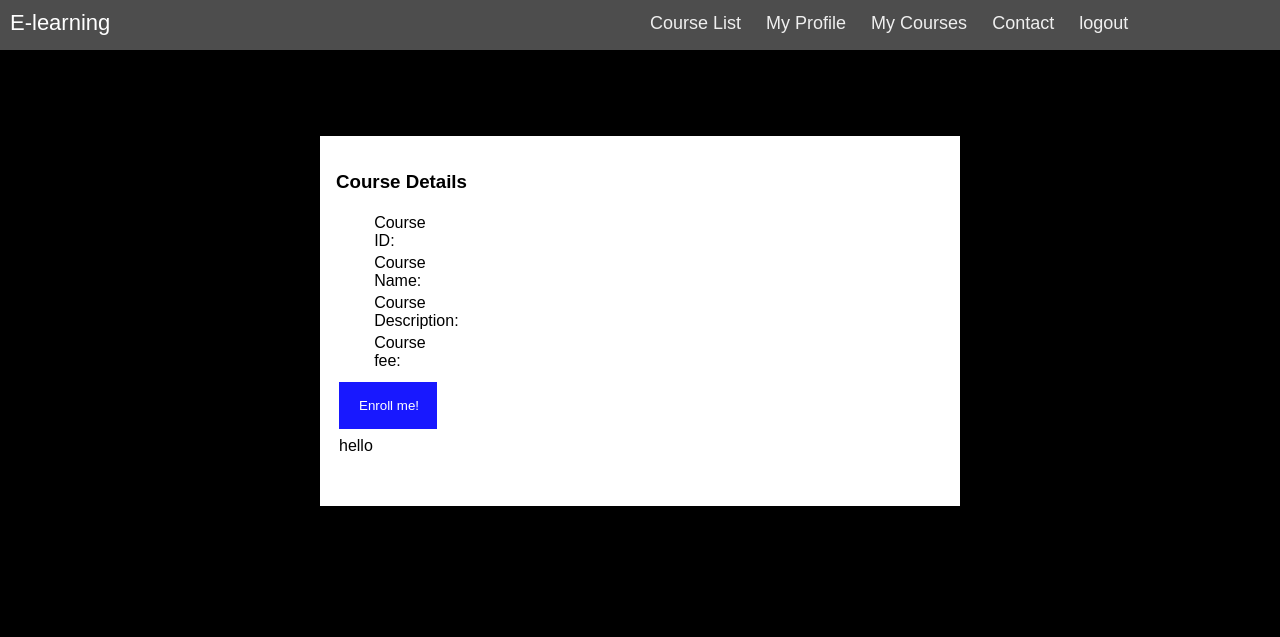
Repository: hemanthchallacs/learning_spring_boot
Page: http://localhost/courseDetails
These files come from the project's save history. The page is drawn as it stood at one moment and after the next save; the edit follows.
The browser window is 1280 px wide. The pictures show the whole page.
The page is this project's Thymeleaf template; nobody is signed in. The template is opened directly, without the code that normally fills it, so the values that code supplies are empty.

Above is the page before, as saved 2021-07-13 07:37:55.

### ver1_elearning/src/main/resources/templates/courseDetails.html
<!DOCTYPE html>
<html xmlns:th="http://www.thymeleaf.org">
<head>
<meta charset="ISO-8859-1">
<title>Course Details</title>
<style>



* {
  box-sizing: border-box;
}

body {
  margin: 0px;
  font-family: 'segoe ui';
}

.nav {
  height: 50px;
  width: 100%;
  background-color: #4d4d4d;
  position: relative;
  position: fixed;
    width: 100%;
    top: 0;
}

.nav > .nav-header {
  display: inline;
}

.nav > .nav-header > .nav-title {
  display: inline-block;
  font-size: 22px;
  color: #fff;
  padding: 10px 10px 10px 10px;
}

.nav > .nav-btn {
  display: none;
}

.nav > .nav-links {
  display: inline;
  float: right;
  font-size: 18px;
  right:0;
}

.nav > .nav-links > a {
  display: inline-block;
  padding: 13px 10px 13px 10px;
  text-decoration: none;
  color: #efefef;
}

.nav > .nav-links > a:hover {
  background-color: rgba(0, 0, 0, 0.3);
}

.nav > #nav-check {
  display: none;
}

@media (max-width:600px) {
  .nav > .nav-btn {
    display: inline-block;
    position: absolute;
    right: 0px;
    top: 0px;
  }
  .nav > .nav-btn > label {
    display: inline-block;
    width: 50px;
    height: 50px;
    padding: 13px;
  }
  .nav > .nav-btn > label:hover,.nav  #nav-check:checked ~ .nav-btn > label {
    background-color: rgba(0, 0, 0, 0.3);
  }
  .nav > .nav-btn > label > span {
    display: block;
    width: 25px;
    height: 10px;
    border-top: 2px solid #eee;
  }
  .nav > .nav-links {
    position: absolute;
    display: block;
    width: 100%;
    background-color: #333;
    height: 0px;
    transition: all 0.3s ease-in;
    overflow-y: hidden;
    top: 50px;
    left: 0px;
  }
  .nav > .nav-links > a {
    display: block;
    width: 100%;
  }
  .nav > #nav-check:not(:checked) ~ .nav-links {
    height: 0px;
  }
  .nav > #nav-check:checked ~ .nav-links {
    height: calc(100vh - 50px);
    overflow-y: auto;
  }
}


div{

height:50%;
width:50%;
margin:auto;

}


body {
  font-family: Arial, Helvetica, sans-serif;
  background-color: black;
}

* {
  box-sizing: border-box;
}

/* Add padding to containers */
.container {
  padding: 16px;
  background-color: white;
}

/* Full-width input fields */
input[type=text], input[type=password] {
  width: 100%;
  padding: 15px;
  margin: 5px 0 22px 0;
  display: inline-block;
  border: none;
  background: #f1f1f1;
}

input[type=file], input[type=password] {
  width: 100%;
  padding: 15px;
  margin: 5px 0 22px 0;
  display: inline-block;
  border: none;
  background: #f1f1f1;
}

input[type=text]:focus, input[type=password]:focus {
  background-color: #ddd;
  outline: none;
}

/* Overwrite default styles of hr */
hr {
  border: 1px solid #f1f1f1;
  margin-bottom: 25px;
}

/* Set a style for the submit button */
.registerbtn {
  background-color: #04AA6D;
  color: white;
  padding: 16px 20px;
  margin: 8px 0;
  border: none;
  cursor: pointer;
  width: 100%;
  opacity: 0.9;
}

.resetbtn {
  background-color: red;
  color: white;
  padding: 16px 20px;
  margin: 8px 0;
  border: none;
  cursor: pointer;
  width: 100%;
  opacity: 0.9;
}

.enrollme {
  background-color: blue;
  color: white;
  padding: 16px 20px;
  margin: 8px 0;
  border: none;
  cursor: pointer;
  width: 70%;
  opacity: 0.9;
}


.enrollme:hover {
  opacity: 1;
}


.resetbtn:hover {
  opacity: 1;
}


.registerbtn:hover {
  opacity: 1;
}

/* Add a blue text color to links */
a {
  color: dodgerblue;
}

/* Set a grey background color and center the text of the "sign in" section */
.signin {
  background-color: #f1f1f1;
  text-align: center;
}



</style>
</head>
<body>

<div class="nav" >

  <div class="nav-header">
    <div class="nav-title">
      E-learning
    </div>
  </div>
  <div class="nav-btn">
    <label for="nav-check">
      <span></span>
      <span></span>
      <span></span>
    </label>
  </div>

  <div class="nav-links">
  <a th:href=@{/courseList}>Course List </a>
   <a th:href=@{/myProfile}>My Profile </a>
<a th:href=@{/myCourses}>My Courses </a>
<a th:href=@{/contact}>Contact </a>
<a th:href=@{/logout}>logout </a>

  </div>
</div>
<br><br>
<div style="width:100%;height:100px;border:0px solid #000;color:green;"><h2 style="float:right" th:text="${message}"></h2></div>

<div class="container">

<h3>Course Details</h3>
<table>
	<tr>
		<td><div>Course ID:</div></td>
		<td><div th:text="${course.course_id}"></div></td>
	</tr>
	<tr>
		<td><div>Course Name:</div></td>
		<td><div th:text="${course.c_name}"></div></td>
	</tr>
	<tr>
		<td><div>Course Description:</div></td>
		<td><div th:text="${course.c_desp}"></div></td>
	</tr>
	<tr>
		<td><div>Course fee:</div></td>
		<td><div th:text="${course.c_fees}"></div></td>
	</tr>
	<tr>
	<td>
	<!--th:action="@{/course/enroll/__${course.course_id}__/enrolled}"  -->
		<form  th:action="@{/course/enroll/__${course.course_id}__/enrolled}" method = "post">
		<input class= "enrollme" type="submit" value = "Enroll me!">
		</form>
		hello
	</td>
	</tr>
</table>
</div>

<div class="container"></div>
<h2>Feedbacks</h2>
<table>
<tr>
<th>Username</th>
<th>Comment</th>
</tr>

<tr th:each="feedback,i : ${course.courseFeedbacks}">
<td th:text="${feedback.name}" />
   		<td th:text="${feedback.feed}" />

 </tr>

</table>

</div>
</body>
</html>

After the next save:
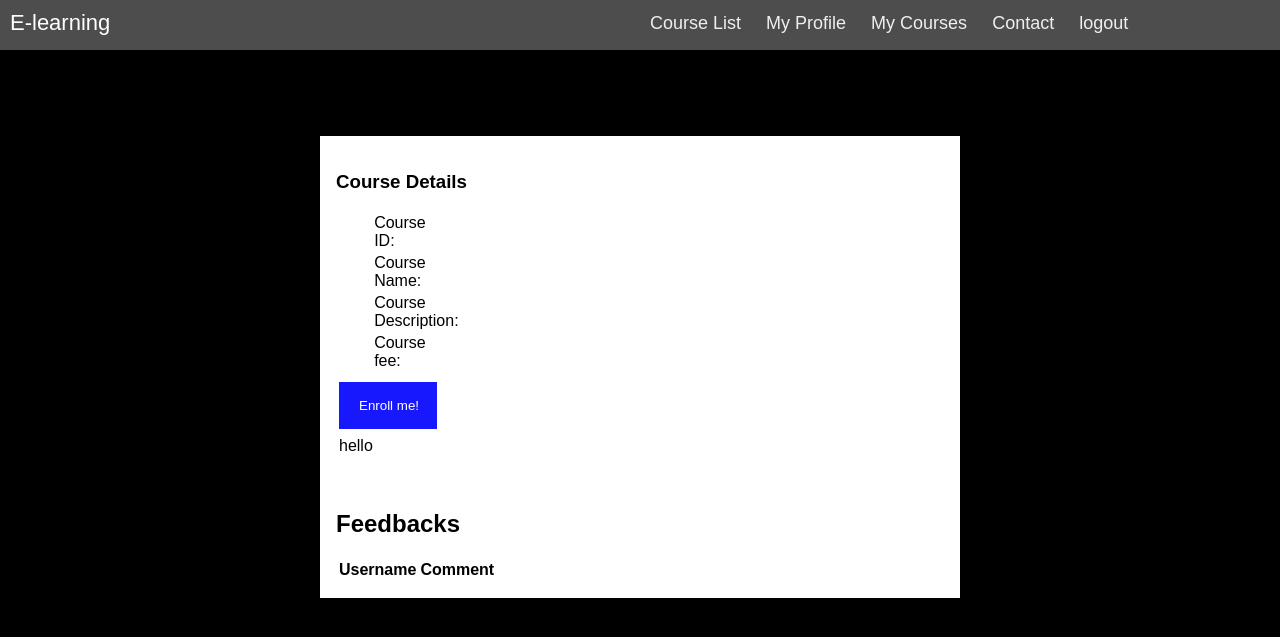
Saved 37 s later.
--- a/ver1_elearning/src/main/resources/templates/courseDetails.html
+++ b/ver1_elearning/src/main/resources/templates/courseDetails.html
@@ -289,7 +289,7 @@ a {
 </table>
 </div>
 
-<div class="container"></div>
+<div class="container">
 <h2>Feedbacks</h2>
 <table>
 <tr>
@@ -304,7 +304,7 @@ a {
  </tr>
 
 </table>
-
+</div>
 </div>
 </body>
 </html>
